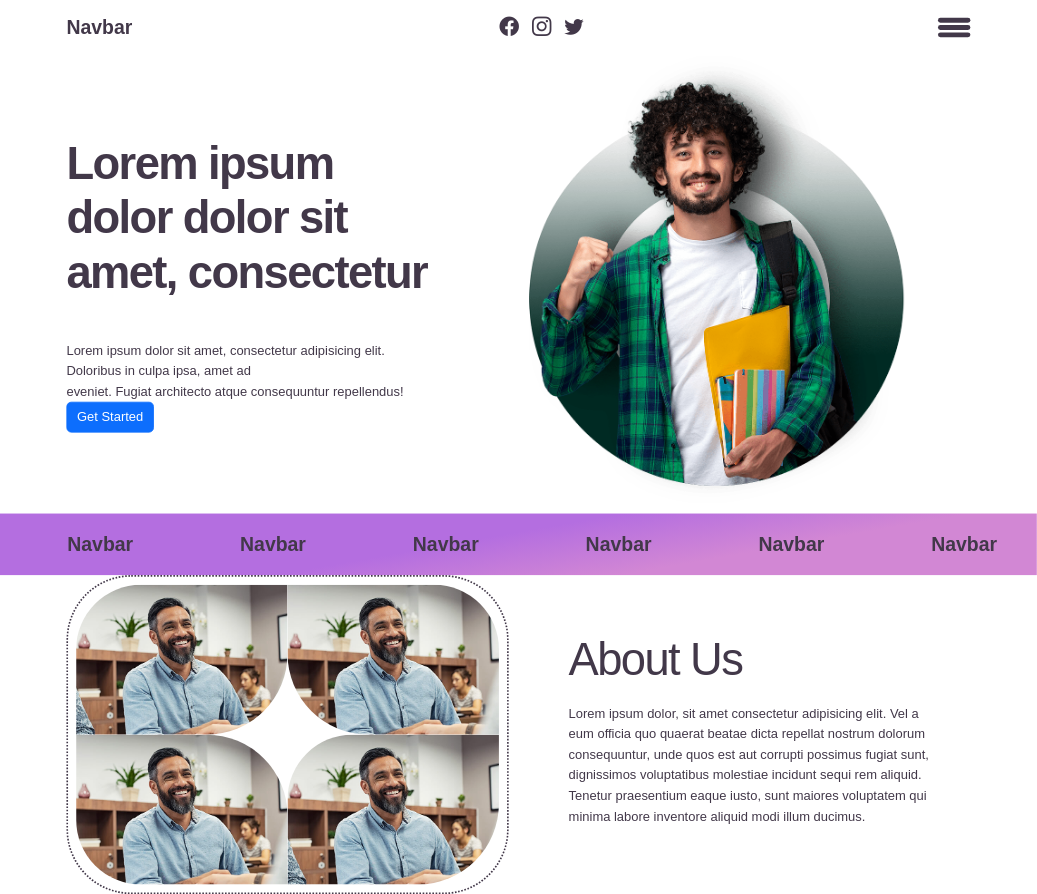
Repository: tagnam/project27012025
Page: index.html
An editor plug-in stored every save of this project. The page is shown before and after a run of saves, followed by the edit.
The browser window is 1280 px wide. The pictures show the whole page, at 81% of full size.

Above is the page before, as saved 2025-01-27 16:44:28.

After the next 5 saves:
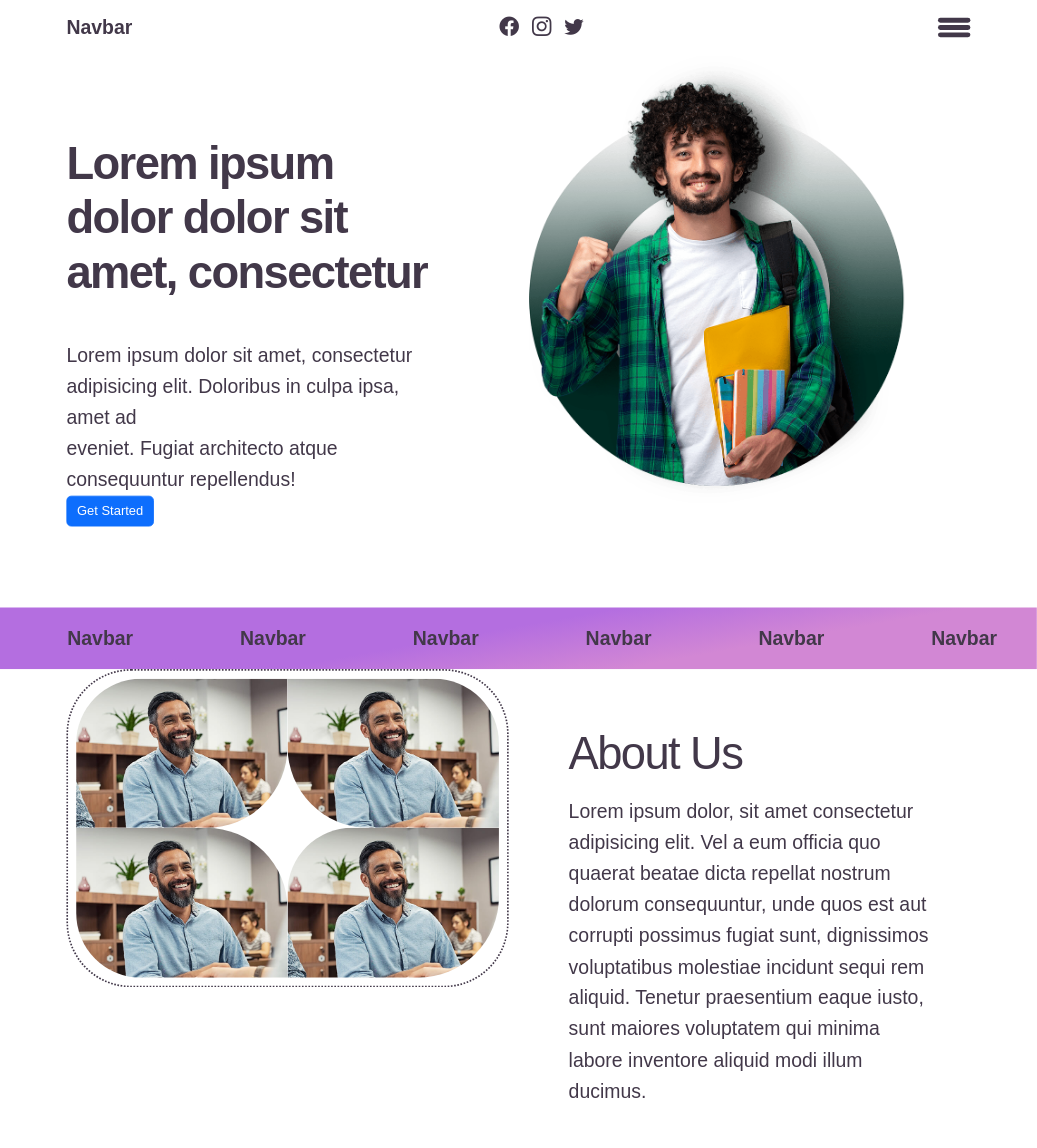
The 5 saves are shown as one change because they came seconds apart.
The last was saved 15 s later.
--- a/style/css/index.css
+++ b/style/css/index.css
@@ -13,7 +13,7 @@
     --white-color:#fff;
     --main-heading-font-size: 3.5rem;
     --subheading-font-size: 2rem;
-    --paragraph-font-size: 1rem;
+    --paragraph-font-size: 1.5rem;
 
 
 }

After the save that followed:
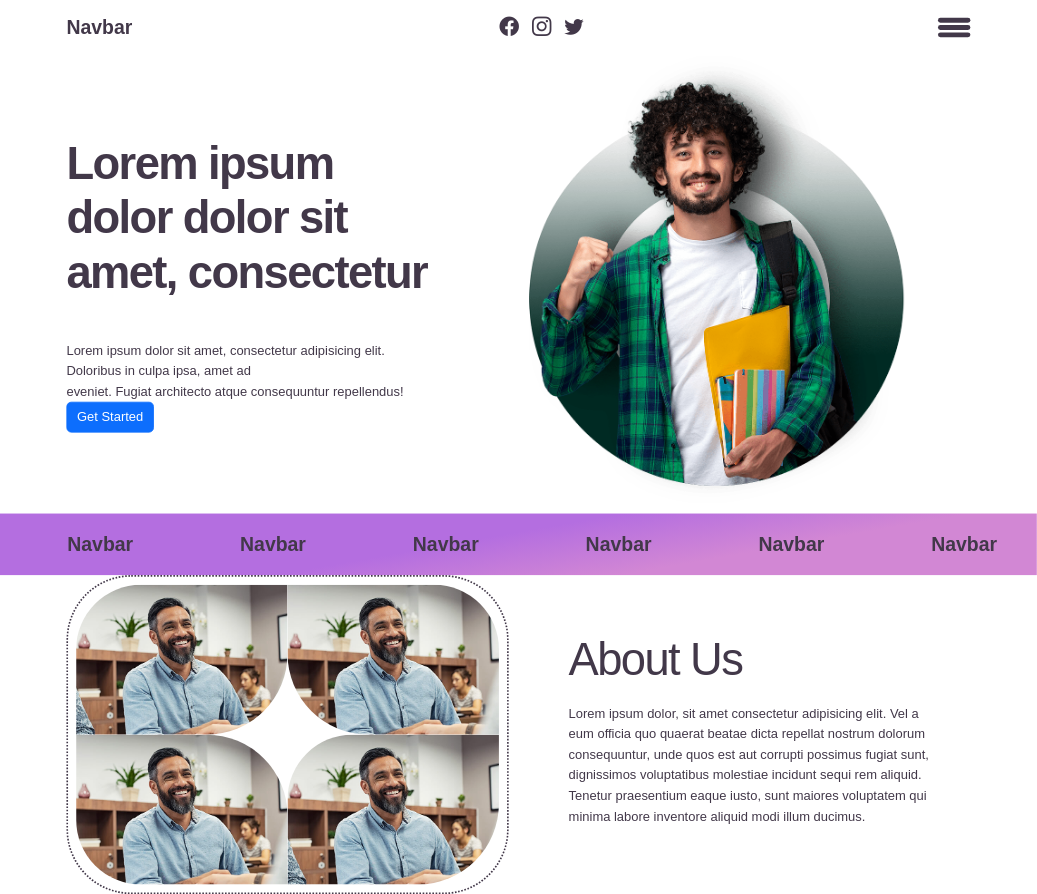
Saved 7 s later.
--- a/style/css/index.css
+++ b/style/css/index.css
@@ -13,7 +13,7 @@
     --white-color:#fff;
     --main-heading-font-size: 3.5rem;
     --subheading-font-size: 2rem;
-    --paragraph-font-size: 1.5rem;
+    --paragraph-font-size: 1.rem;
 
 
 }
